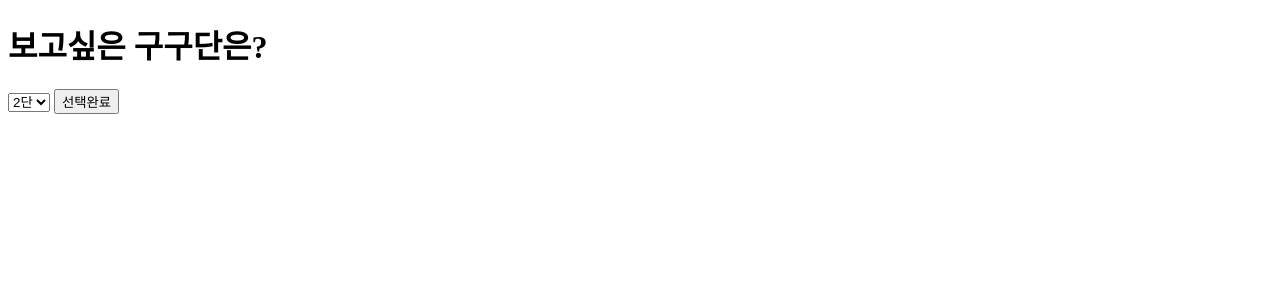
Repository: SongHyeSun/JSP
Page: jspSrc17/och02/src/main/webapp/gugu.html
An editor plug-in stored every save of this project. The page is shown before and after the next save, followed by the edit.
The browser window is 1280 px wide. The pictures show the whole page.

Above is the page before, as saved 2024-07-09 03:25:03.

### jspSrc17/och02/src/main/webapp/gugu.html
<!DOCTYPE html>
<html>
<head>
<meta charset="UTF-8">
<title>Insert title here</title>
</head>
<body>
	<h1>보고싶은 구구단은?</h1>
	<form action="Gugu">
		<select name="gugu">
			<option name="gugu" value="2">2단</option>
			<option name="gugu" value="3">3단</option>
			<option name="gugu" value="4">4단</option>
			<option name="gugu" value="5">5단</option>
			<option name="gugu" value="6">6단</option>
			<option name="gugu" value="7">7단</option>
			<option name="gugu" value="8">8단</option>
			<option name="gugu" value="9">9단</option>
		</select>
		<input type="submit" value="선택완료">
	</form>
</body>
</html>

After the next save:
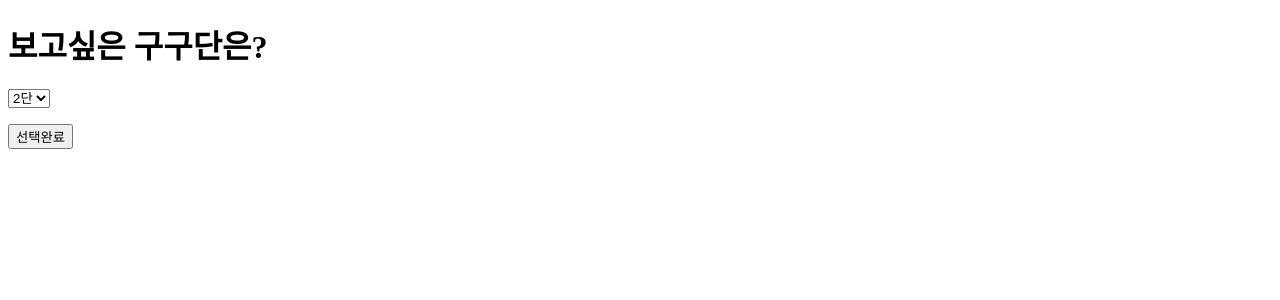
Saved 24 s later.
--- a/jspSrc17/och02/src/main/webapp/gugu.html
+++ b/jspSrc17/och02/src/main/webapp/gugu.html
@@ -16,7 +16,7 @@
 			<option name="gugu" value="7">7단</option>
 			<option name="gugu" value="8">8단</option>
 			<option name="gugu" value="9">9단</option>
-		</select>
+		</select><p>
 		<input type="submit" value="선택완료">
 	</form>
 </body>
